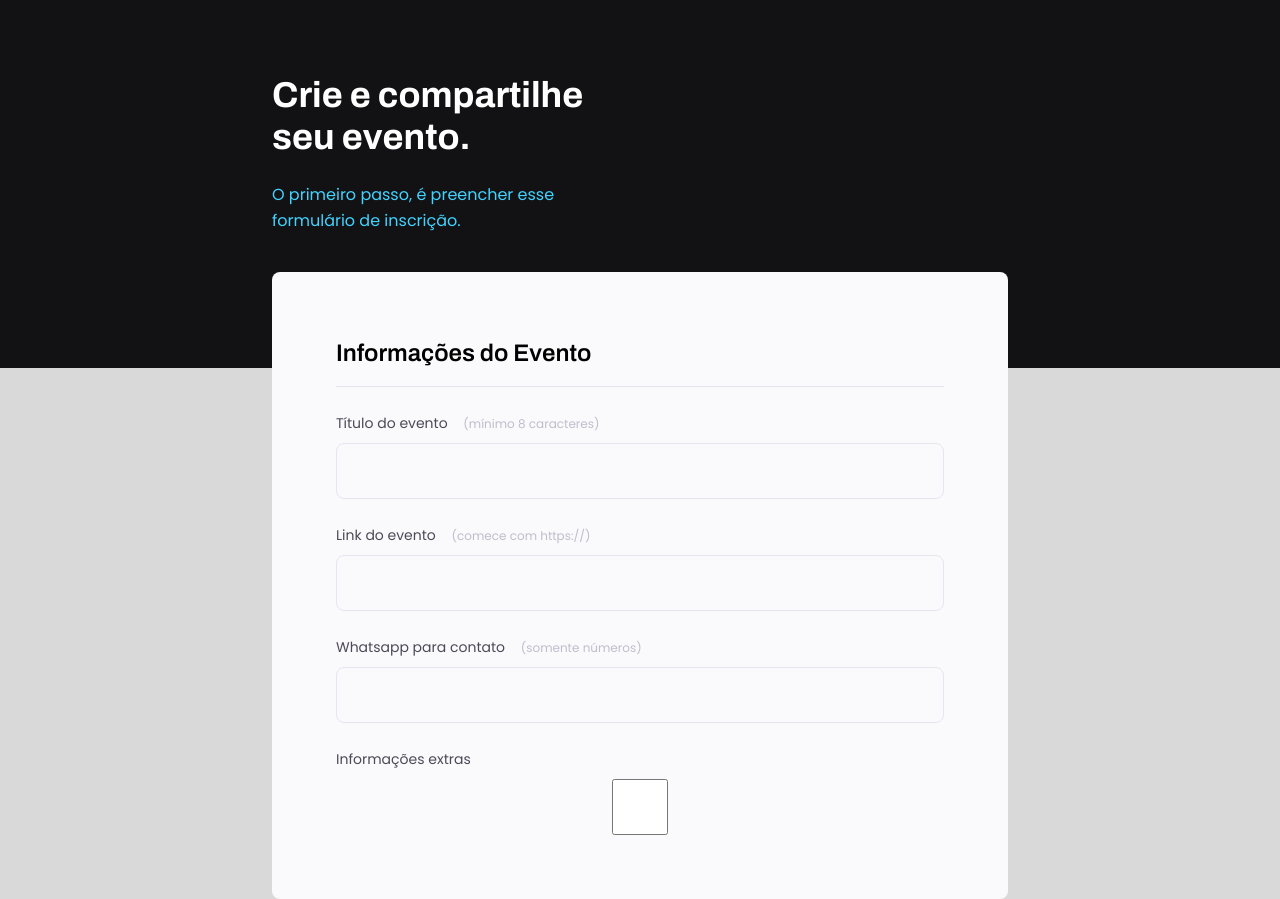
Repository: devMuriloOliveira/Formulario
Page: index.html
An editor plug-in stored every save of this project. The page is shown before and after the next save, followed by the edit.
The browser window is 1280 px wide. The pictures show the whole page.

Above is the page before, as saved 2023-10-31 21:10:42.

### index.html
<!DOCTYPE html>
<html lang="en">
  <head>
    <link rel="preconnect" href="https://fonts.googleapis.com" />
    <link rel="preconnect" href="https://fonts.gstatic.com" crossorigin />
    <meta charset="UTF-8" />
    <meta name="viewport" content="width=device-width, initial-scale=1.0" />
    <title>Crie seu evento</title>
    <link rel="stylesheet" href="style.css" />

    <link
      href="https://fonts.googleapis.com/css2?family=Archivo:wght@600;700&family=Poppins&display=swap"
      rel="stylesheet"
    />
  </head>
  <body>
    <div class="page">
      <header>
        <h1>Crie e compartilhe seu evento.</h1>
        <p>O primeiro passo, é preencher esse formulário de inscrição.</p>
      </header>

      <form>
        <fieldset>
          <div class="fieldset-wrapper">
            <legend>Informações do Evento</legend>

            <div class="input-wrapper">
              <label for="event-title">
                Título do evento <span>(mínimo 8 caracteres)</span>
              </label>
              <input type="text" id="event-title" />
            </div>

            <div class="input-wrapper">
              <label for="event-link">
                Link do evento <span>(comece com https://)</span>
              </label>
              <input type="text" id="event-link" />
            </div>

            <div class="input-wrapper">
              <label for="event-whatsapp">
                Whatsapp para contato <span>(somente números)</span>
              </label>
              <input type="text" id="event-whatsapp" />
            </div>

            <div class="input-wrapper">
              <label for="event-link">Informações extras</label>
              <input type="checkbox" id="event-link" />
            </div>
          </div>
        </fieldset>
      </form>
    </div>
  </body>
</html>

### style.css
*{
  padding: 0;
  margin: 0;
  box-sizing: border-box;
}

body, input, button, select, textarea{
  font-family: 'Poppins', sans-serif;
}

body{
  background-color: #D9D9D9;
}

body::before{
  content: '';
  width: 100%;
  height: 368px;

  position: absolute;
  top: 0;
  left: 0;
  z-index: -1;
  background: #121214;
}

.page{
  width: 736px;
  margin: auto;
}

header{
  width: 319px;
  margin-top: 74px;

}

header h1{
  font-family: 'Archivo', sans-serif;
  font-weight: bold;

  font-size: 36px;
  line-height: 42px;
  color: white;

  margin-bottom: 24px;
}

header p{
  color: #42D3FF;
  font-size: 16px;
  line-height: 26px;
}

form{
  margin-top: 38px;
  background: #FAFAFC;

  border-radius: 8px;
  min-height: 300px;

  padding: 64px;
}

fieldset{
  border: none;
}

.fieldset-wrapper{
  display: flex;
  flex-direction: column;
  gap: 24px;
}


fieldset legend{
  font-family: 'Archivo', 'S';
  font-weight: 600;
  font-size: 24px;
  line-height: 34px;

  width: 100%;
  border-bottom: 1px solid #E6E6F0;

  padding-bottom: 16px;
}

.input-wrapper{
  display: flex;
  flex-direction: column;
}

.input-wrapper label{
  font-size: 14px;
  line-height: 24px;

  color: #4E4958;
  margin-bottom: 8px;
}

.input-wrapper label span{
  margin-left: 12px;

  line-height: 20px;
  font-size: 12px;
  color: #C1BCCC;
}

.input-wrapper input{
  background: #FAFAFC;

  border: 1px solid #E6E6F0;
  border-radius: 8px;
  height: 56px;

  padding: 0 24px;
  font-size: 16px;

  line-height: 26px;

  color: #C1BCCC;
}

After the next save:
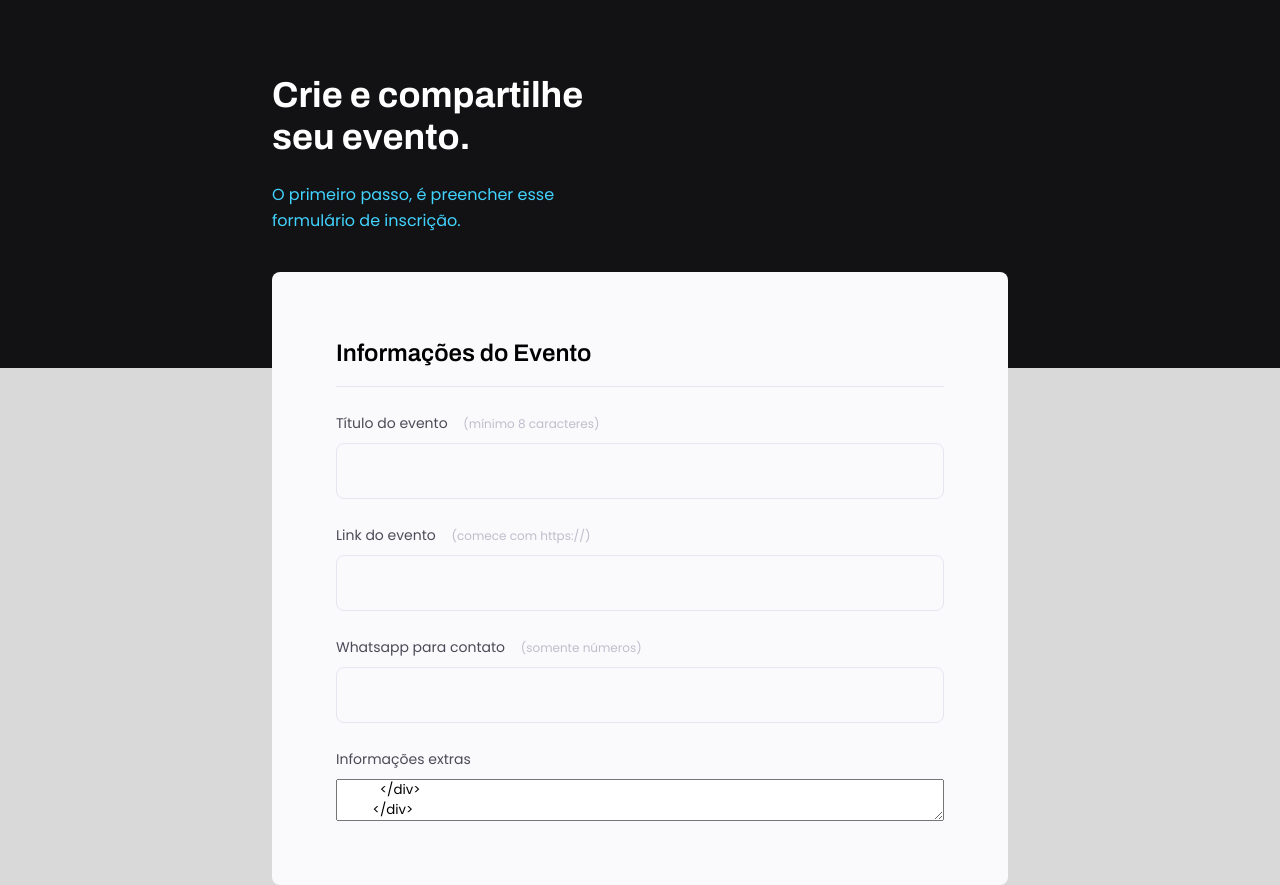
Saved 57 s later.
--- a/index.html
+++ b/index.html
@@ -48,7 +48,7 @@
 
             <div class="input-wrapper">
               <label for="event-link">Informações extras</label>
-              <input type="checkbox" id="event-link" />
+              <textarea type="" id="event-link" />
             </div>
           </div>
         </fieldset>
